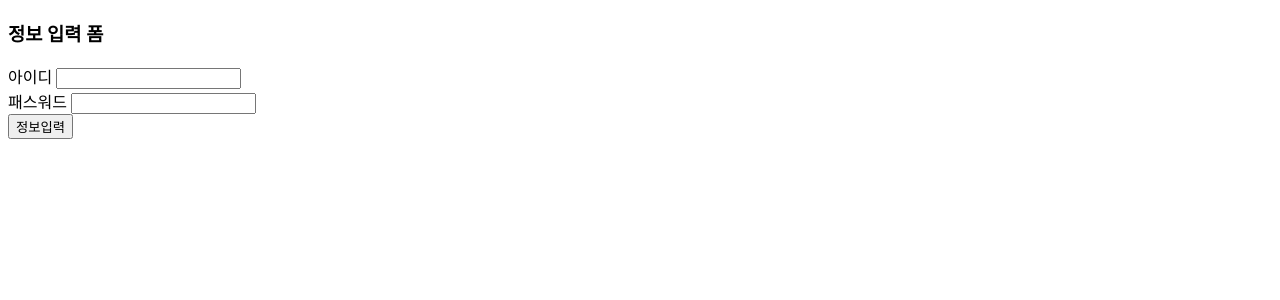
Repository: KangEunseo/2019-jsp-class
Page: http://localhost/BasicJSP/coosession/loginTestForm.jsp
An editor plug-in stored every save of this project. The page is shown before and after the next save, followed by the edit.
The browser window is 1280 px wide. The pictures show the whole page.
The page is served by Tomcat 9. Other server files are loaded and not shown.

Above is the page before, as saved 2019-09-25 02:08:20.

### BasicJSP/WebContent/coosession/loginTestForm.jsp
<%@ page language="java" contentType="text/html; charset=UTF-8"
    pageEncoding="UTF-8"%>
<!DOCTYPE html>
<html>
<head>
<meta charset="UTF-8">
<title></title>
</head>
<body>
	<h3>정보 입력 폼</h3>
	<form method="post" action="loginTestPro.jsp">
		아이디 <input type="text" name="id"><br>
		패스워드 <input type="password" name="pwd"><br>
		<input type="submit" value="정보입력">
	</form>
</body>
</html>

After the next save:
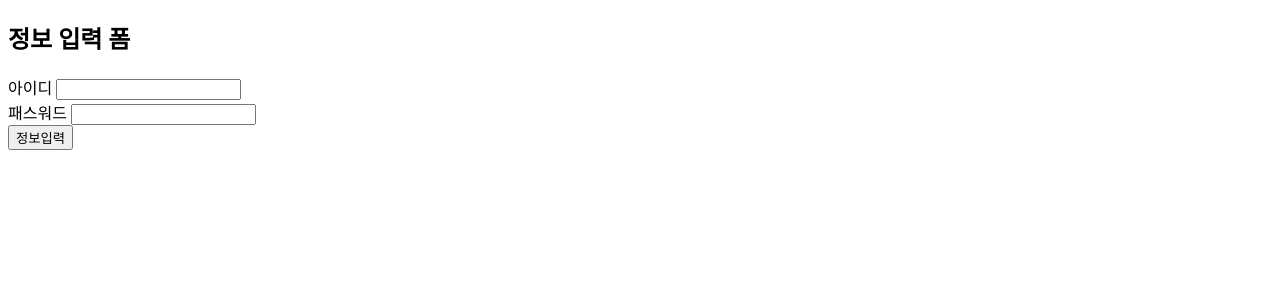
Saved 18 s later.
--- a/BasicJSP/WebContent/coosession/loginTestForm.jsp
+++ b/BasicJSP/WebContent/coosession/loginTestForm.jsp
@@ -7,7 +7,7 @@
 <title></title>
 </head>
 <body>
-	<h3>정보 입력 폼</h3>
+	<h2>정보 입력 폼</h2>
 	<form method="post" action="loginTestPro.jsp">
 		아이디 <input type="text" name="id"><br>
 		패스워드 <input type="password" name="pwd"><br>
